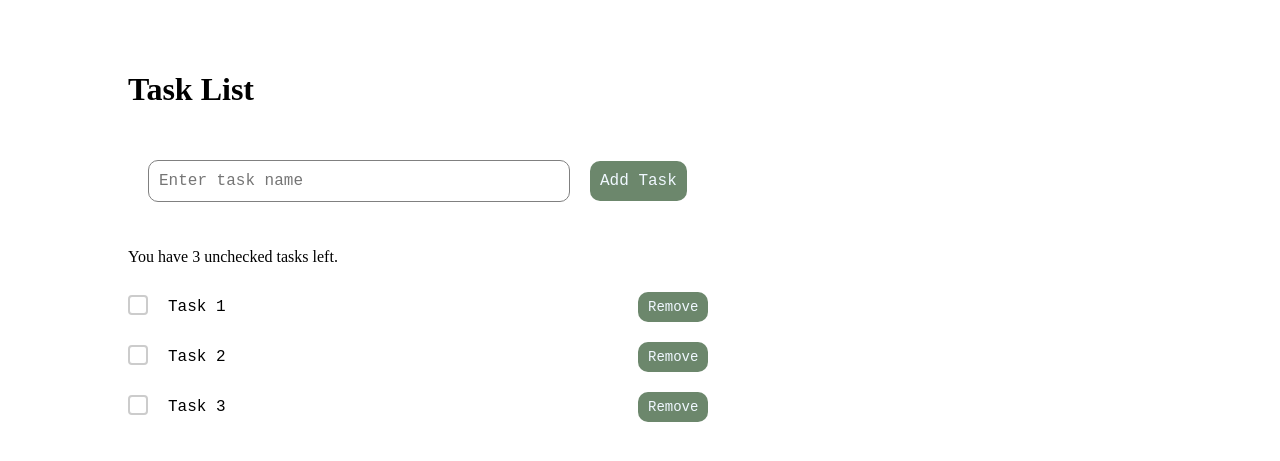
Repository: SandyLy453/task-list
Page: /
These files come from the project's save history. The page is drawn as it stood at one moment and after the next save; the edit follows.
The browser window is 1280 px wide. The pictures show the whole page.
The pointer rests on the first visible `.task-delete`.
The project was rebuilt for these pictures with package versions that can differ from the ones it lists, and the page was loaded fresh each time. Also part of the build but not shown: vite.config.js.

Above is the page before, as saved 2024-10-11 15:38:21.

After the next save:
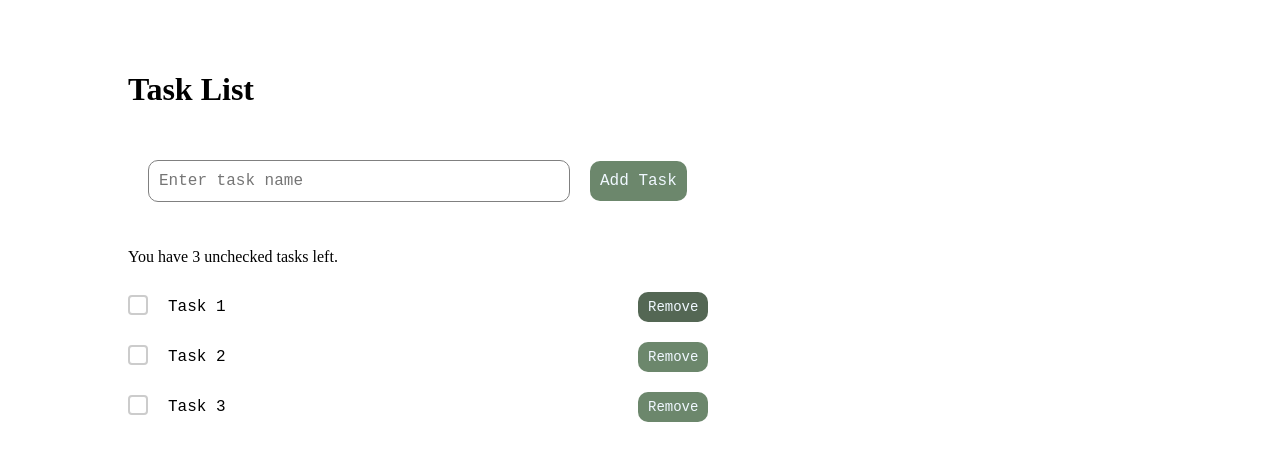
Saved 43 s later.
--- a/src/index.css
+++ b/src/index.css
@@ -91,3 +91,7 @@
   border: none;
   border-radius: 10px;
 }
+
+.task-delete:hover {
+  background-color: rgb(84, 103, 84);
+}
